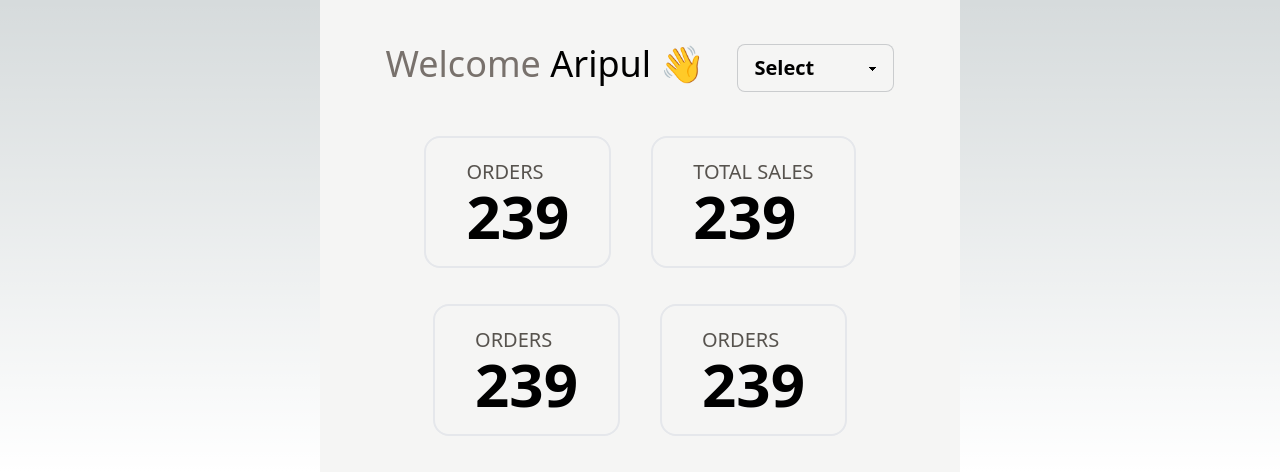
Repository: mehedi9465/nextapp
Page: /Dashboard
An editor plug-in stored every save of this project. The page is shown before and after the next save, followed by the edit.
The browser window is 1280 px wide. The pictures show the whole page.
The project was rebuilt for these pictures with package versions that can differ from the ones it lists, and the page was loaded fresh each time. The framework's server and built-in components were replaced by stand-ins that run in the browser. Also part of the build but not shown: next.config.js, Components/Navbar.js.

Above is the page before, as saved 2023-03-04 15:43:42.

After the next save:
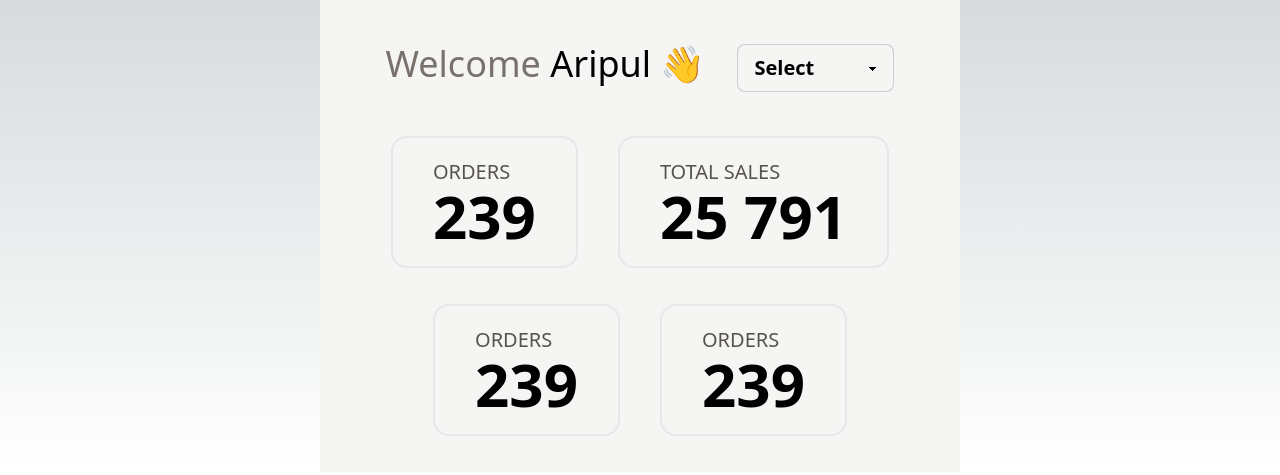
Saved 10 s later.
--- a/pages/Dashboard/index.js
+++ b/pages/Dashboard/index.js
@@ -31,7 +31,7 @@ const index = () => {
             <p className="uppercase text-stone-600 font-normal text-xl">
               Total Sales
             </p>
-            <p className="text-6xl font-bold">239</p>
+            <p className="text-6xl font-bold">25 791 </p>
           </div>
         </div>
         <div className="flex justify-center my-9">
